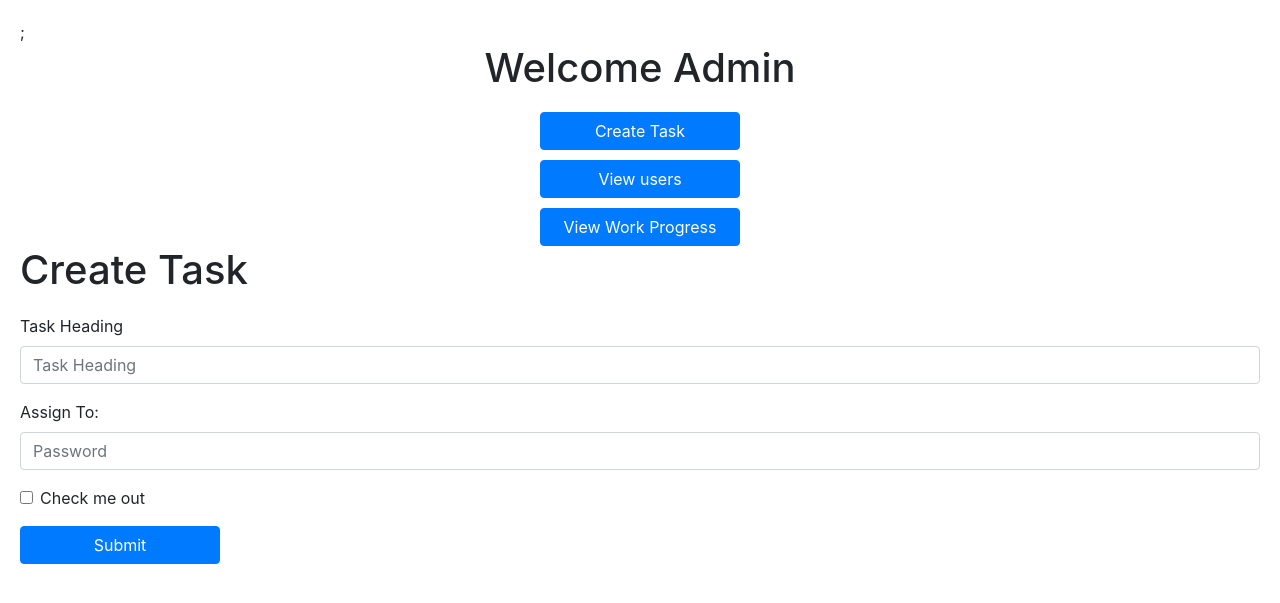
Repository: neha-rouniyar/taskmgmt
Page: http://localhost/admin/create-task
These files come from the project's save history. The page is drawn as it stood at one moment and after the next save; the edit follows.
The browser window is 1280 px wide. The pictures show the whole page.
Some web libraries are served in a nearby version. The page is served by the project's Laravel application, run on PHP 8.4 with Laravel 10. Queries for data that is not in the repository find no rows.

Above is the page before, as saved 2023-12-11 15:17:36.

After the next save:
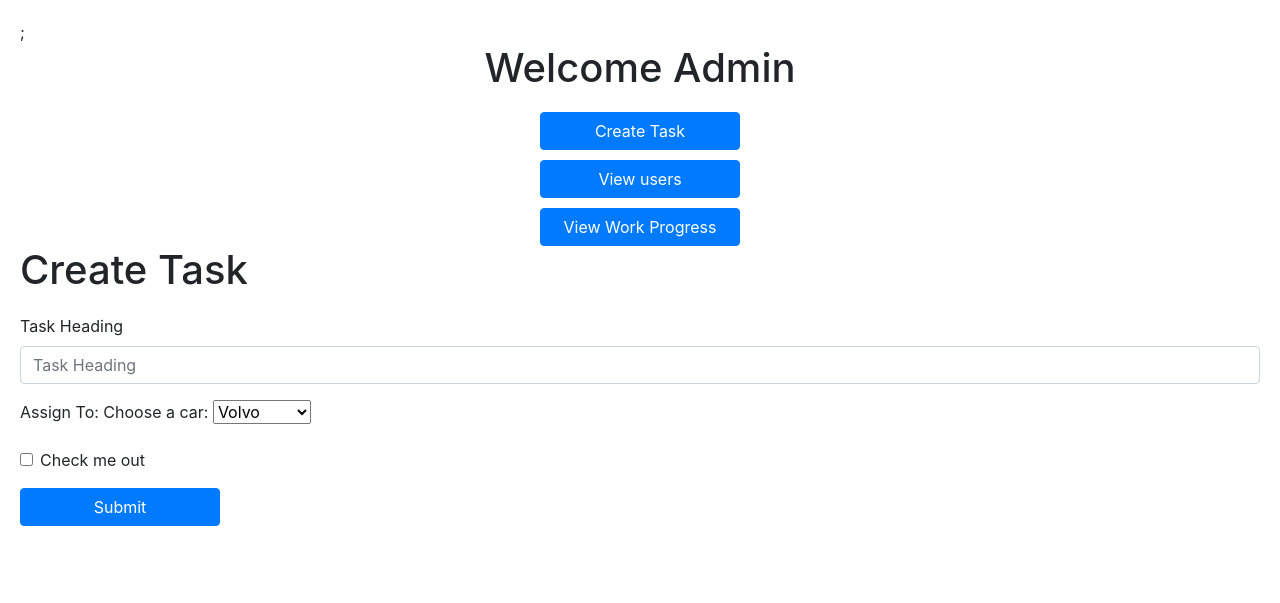
Saved 39 s later.
--- a/resources/views/admin/task/create.blade.php
+++ b/resources/views/admin/task/create.blade.php
@@ -10,7 +10,14 @@
       </div>
       <div class="form-group">
         <label for="exampleInputPassword1">Assign To:</label>
-        <input type="assign" name="password" class="form-control" id="exampleInputPassword1" placeholder="Password" required>
+        <label for="cars">Choose a car:</label>
+
+<select name="cars" id="cars">
+  <option value="volvo">Volvo</option>
+  <option value="saab">Saab</option>
+  <option value="mercedes">Mercedes</option>
+  <option value="audi">Audi</option>
+</select>
       </div>
       {{-- <div class="form-group">
           <label for="exampleInputPassword1">Username</label>
